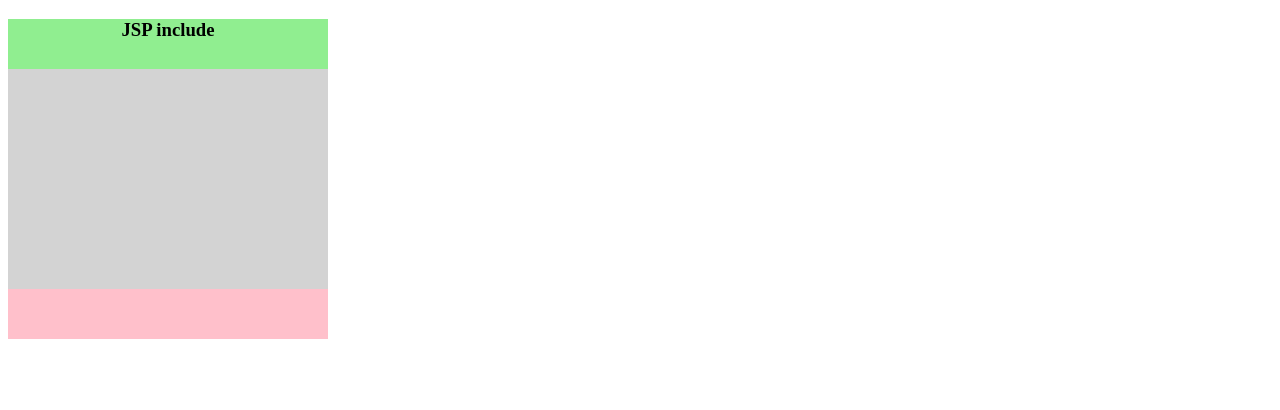
Repository: kimjaejoo/Tacademy
Page: http://localhost/Hello/2_include.jsp
An editor plug-in stored every save of this project. The page is shown before and after the next save, followed by the edit.
The browser window is 1280 px wide. The pictures show the whole page.
The page is served by Tomcat 9. Nobody is signed in. The application's start-up code is not run.

Above is the page before, as saved 2016-11-01 01:40:32.

After the next save:
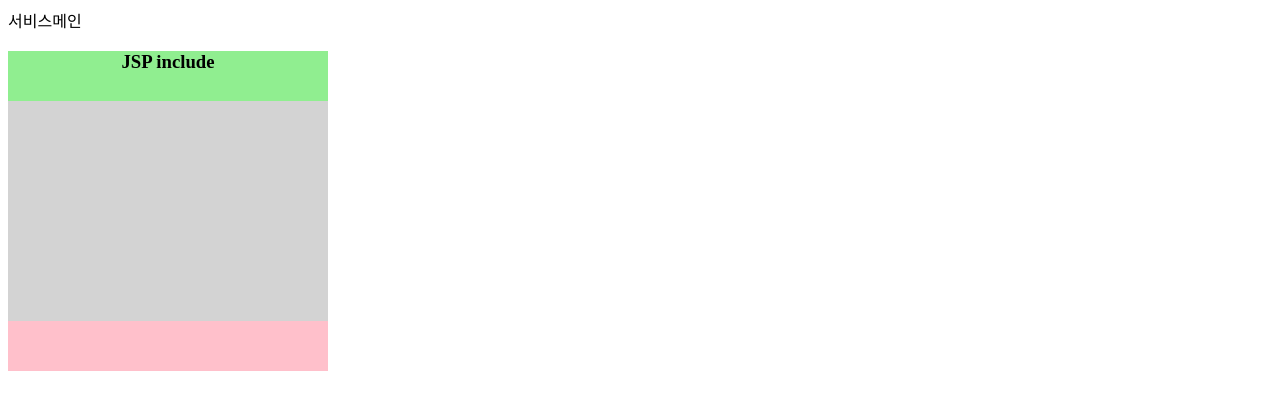
Saved 65 s later.
--- a/Hello/WebContent/2_include.jsp
+++ b/Hello/WebContent/2_include.jsp
@@ -34,6 +34,7 @@
 	<%
 		// scriptlet 사용하기
 		RequestDispatcher dispatcher = request.getRequestDispatcher("main.jsp"); // 내장객체로서 import하지 않아도 사용가능하다.
+		dispatcher.include(request, response);
 	%>
 
 	</div>

After the 2 saves that followed:
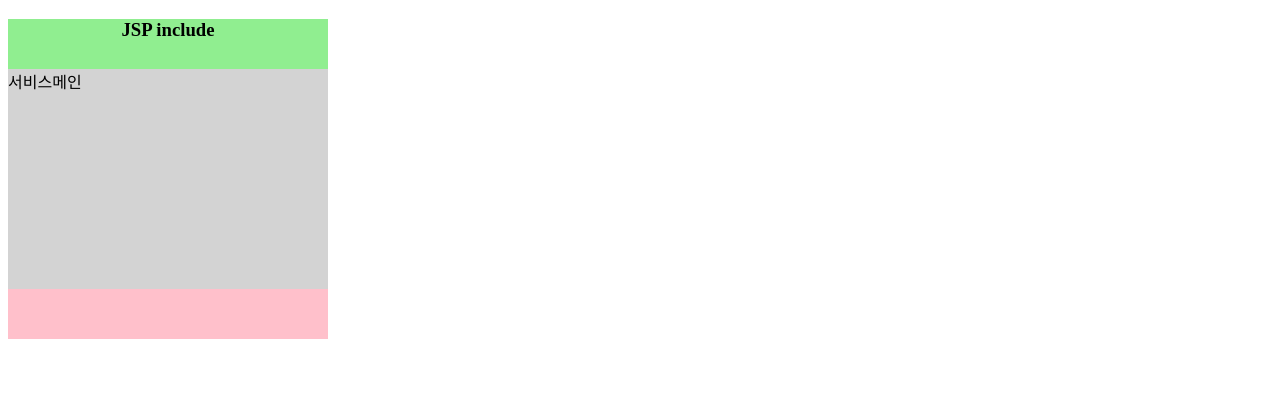
The 2 saves are shown as one change because 1 left the picture as it was.
The last was saved 2 min 6 s later.
--- a/Hello/WebContent/2_include.jsp
+++ b/Hello/WebContent/2_include.jsp
@@ -32,7 +32,8 @@
 	<div id="contents">
 
 	<%
-		// scriptlet 사용하기
+		// scriptlet 사용하기 = 아래서 사용한것은 모두 내장객체임
+		out.flush();
 		RequestDispatcher dispatcher = request.getRequestDispatcher("main.jsp"); // 내장객체로서 import하지 않아도 사용가능하다.
 		dispatcher.include(request, response);
 	%>
